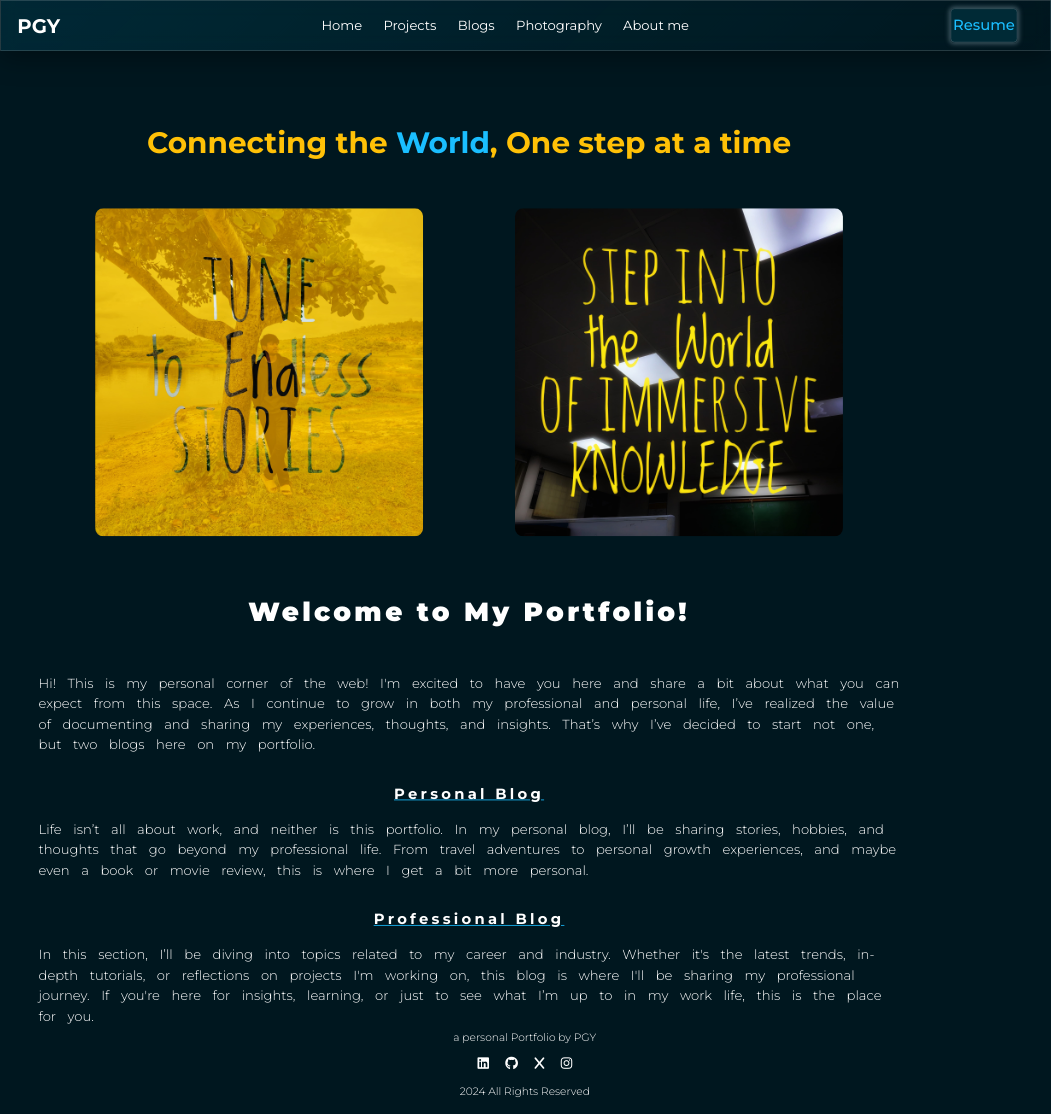
Repository: pgyunknown/pgyunknown
Page: blog.html
The author's editor kept a copy of each file at every save. The page is drawn from the files as they stood at one save, then again after a run of saves.
The browser window is 1280 px wide. The page is 1282 px wide, so the pictures cover 1282 px, including what lies to the right of the window. The pictures show the whole page, at 82% of full size.
Some web libraries are served in a nearby version.

Above is the page before, as saved 2024-08-24 18:56:57.

### blog.html
<!DOCTYPE html>
<html lang="en">
<head>
    <meta charset="UTF-8">
    <meta name="viewport" content="width=device-width, initial-scale=1.0">
    <title>Porfolio-Blog</title>
    <link rel="stylesheet" href="blog.css">
    <link rel="preconnect" href="https://fonts.googleapis.com">
<link rel="preconnect" href="https://fonts.gstatic.com" crossorigin>
<link href="https://fonts.googleapis.com/css2?family=Libre+Baskerville:ital,wght@0,400;0,700;1,400&family=Montserrat:ital,wght@0,100..900;1,100..900&family=Titillium+Web:ital,wght@0,200;0,300;0,400;0,600;0,700;0,900;1,200;1,300;1,400;1,600;1,700&display=swap" rel="stylesheet">
<link rel="stylesheet" href="https://cdnjs.cloudflare.com/ajax/libs/font-awesome/6.6.0/css/all.min.css" integrity="sha512-Kc323vGBEqzTmouAECnVceyQqyqdsSiqLQISBL29aUW4U/M7pSPA/gEUZQqv1cwx4OnYxTxve5UMg5GT6L4JJg==" crossorigin="anonymous" referrerpolicy="no-referrer" />
</head>
<body>
    <header>
        <div class="pgy_con">
                <div class="pgy"><a href="#">PGY</a></div>
        </div>
                <div class="nav_bar">
                <a href="index.html" id="home">Home</a>
                <a href="project.html"id="projects">Projects</a>
                <a href="blog.html"id="blogs">Blogs</a>
                <a href="photography.html"id="photo">Photography</a>
                <a href="aboutme.html"id="About">About me</a>
                </div>
        <div class="resume_con">
                <button>Resume</button>
        </div>
    </header>
        <main>
            <div class="heading"><h1>Connecting the <span>World</span>, One step at a time</h1></div>
        <div class="contianer">
        <div ><img src="imgs/personal.jpg" alt=""></div>
        <div ><img src="imgs/professional.jpg" alt=""></div>
        </div>
        <div class="blog_intro">
        <article >
            <h1>Welcome to My Portfolio!</h1><br><br>
<p>Hi! This is my personal corner of the web! I'm excited to have you here and share a bit about what you can expect from this space. As I continue to grow in both my professional and personal life, I’ve realized the value of documenting and sharing my experiences, thoughts, and insights. That’s why I’ve decided to start not one, but two blogs here on my portfolio.</p><br><br>


<h3><b><a href="personal_blog.html">Personal Blog</a></b></h3>
<p>Life isn’t all about work, and neither is this portfolio. In my personal blog, I’ll be sharing stories, hobbies, and thoughts that go beyond my professional life. From travel adventures to personal growth experiences, and maybe even a book or movie review, this is where I get a bit more personal.</p><br><br>

<h3><b><a href="professional_blog.html">Professional Blog</b></a></h3>
<p>In this section, I’ll be diving into topics related to my career and industry. Whether it's the latest trends, in-depth tutorials, or reflections on projects I'm working on, this blog is where I'll be sharing my professional journey. If you're here for insights, learning, or just to see what I’m up to in my work life, this is the place for you.</p>
        </article>
    </div>
    </main>
        <footer>
            <div class="footer_port">a personal Portfolio by PGY</div>
            <div class="footer_icons">
            <a href="https://www.linkedin.com/in/p-gokul-yadav-82548a295?utm_source=share&utm_campaign=share_via&utm_content=profile&utm_medium=android_app" alt="Gokul's linkedin profile" target="_blank"><i class="fa-brands fa-linkedin"></i></a>
            <a href="https://github.com/pgyunknown" alt="Gokul Github profile" target="_blank"><i class="fa-brands fa-github"></i></a>
            <a href=" https://x.com/cody_hunk?t=EkARfGCWhhBT_BHbby4DGw&s=08 " target="_blank"><i class="fa-brands fa-x" ></i></a>
            <a href="#"><i class="fa-brands fa-instagram" target="_blank"></i></a>
        </div>
        <div class="copyrights">2024 All Rights Reserved</div>
    </footer>

</body>
</html>

### blog.css
*{margin: 0px;
    padding: 0px;
}
body{
    background-color: #00171F;
    color: white;
    box-sizing: border-box;
}
a{
    text-decoration: none;
    color: inherit;
}

header{
    display: flex;
    justify-content: space-between;
    align-items: center;
    padding-bottom: 10px;
    padding-top: 10px;
    /* Glassy effect */
    background: linear-gradient(135deg, rgba(0, 200, 255, 0.1), rgba(255, 255, 255, 0));
    backdrop-filter: blur(10px);
    -webkit-backdrop-filter: blur(10px);
    border:1px solid rgba(255, 255, 255, 0.18);
    box-shadow: 0 8px 32px 0 rgba(0, 0, 0, 0.37);

    overflow: hidden;
    position: sticky; /* Set the navbar to fixed position */
    top: 0; /* Position the navbar at the top of the page */
    width: 100%;
    height: 40px;
}

.pgy_con
{
    margin-left: 20px;
    font-family: "Montserrat", sans-serif;
    font-optical-sizing: auto;
    font-size: x-large;
    font-weight: 700;
    font-style: normal;
    align-items: end;

}

.pgy_con .pgy a{
    text-decoration: none;
}


.nav_bar {
        /* height: 50px; */
    width: 500px;
    display: flex;
    justify-content: space-evenly;
    transition-property: all;
    transition-timing-function: ease-in-out;
    transition-delay: 1s;


}

.nav_bar a{
    box-sizing: border-box;
    font-family: "Montserrat", sans-serif;
    font-optical-sizing: auto;
    font-weight: 400;
    font-style: normal
    text-decoration: none;
    justify-content: space-around;
    align-items: center;
    padding-top:10px;
    padding-bottom :10px;
}

.nav_bar a:hover{
    color: #FFC107;
    text-shadow: #FFC107 0px 0px  1px;
    border-bottom: 0.5px solid #FFC107;


}


.resume_con {
    display: flex;
    justify-content: center;
    margin-right: 20px;
    background-color: #00171F;
    margin-right: 40px;
}
.resume_con button{
    background-color:rgba(0, 200, 255, 0.1);
    box-sizing: content-box;
    height: 2.5rem;
    width: 5rem;
    font-family: "Montserrat", sans-serif;
    font-optical-sizing: auto;
    font-size: large;
    font-weight: 500;
    font-style: normal;
    color: #1ABEFF;
    border: 0.0001px solid #3c555f;
    border-radius: 0.3rem;
    box-shadow: 0px 0px 5px 2px #3c555f;

}

main{
    width: 80%;
    display: flex;
    flex-direction: column;
    justify-content:space-around;
    align-items: center;
    padding: 10px;
    margin: 50px;
}
.heading{
    display: flex;
    margin: 30px;
    padding-bottom: 20px;
    font-family: "Montserrat", sans-serif;
    font-optical-sizing: auto;
    font-size: large;
    font-weight: 500;
    font-style: normal;
    color: #FFC107;
}

main .heading span{
    color: #1ABEFF;
}
.contianer{
    height: 400px;
    width:100%;
    padding: 10px;

    display: flex;
    justify-content: space-around;
    align-items: center;
    flex-direction: row;

}
.contianer img{
    height: 400px;
    width: 400px;
    border-radius:10px;
    /* border: 1px solid #2792bd; */
    /* box-shadow: 0px 0px 35px 1px #2792bd; */


}
main article{
    padding-top:20px;
}

.blog_intro{
    padding: 40px;
    width: 1050px;
    height: 450px;
}

.blog_intro h1{
    letter-spacing: 4px;
    text-align: center;
    font-family: "Montserrat", sans-serif;
    font-optical-sizing: auto;
    font-size: xx-large;
    font-weight: 900;
    font-style: normal;
}
.blog_intro h3{
    text-align: center;
    font-family: "Montserrat", sans-serif;
    font-optical-sizing: auto;
    font-size: large;
    font-weight: 500;
    font-style: normal;
    letter-spacing: 4px;
    text-decoration: underline;
    text-decoration-color: #1ABEFF;
}
.blog_intro p{
    padding-top: 20px;
    font-family: "Montserrat", sans-serif;
    font-optical-sizing: auto;
    font-optical-sizing: ;
    font-size: medium;
    font-weight: 300;
    font-style: normal;

    word-spacing: 10px;
    line-height: 25px;
}



footer{
    display: flex;
    flex-direction:column;
    justify-content: space-evenly;
    align-items: center;
    margin-bottom: 20px;
    font-family: "Montserrat", sans-serif;
    font-optical-sizing: auto;
    font-size: small;
    font-weight: 300;
    font-style: normal;
}

.footer_icons{
    display: flex;
    justify-content: center;
    align-items: center;
    width: 50px;
    height: 50px;
}



.copyrights{
    display: flex;
    justify-content: center;
    align-items: center;
}

.footer_icons a{
font-size: medium;
padding: 10px;
width: 50px;
height: 50px;
display: flex;
justify-content: center;
align-items: center;
}

After the next 2 saves:
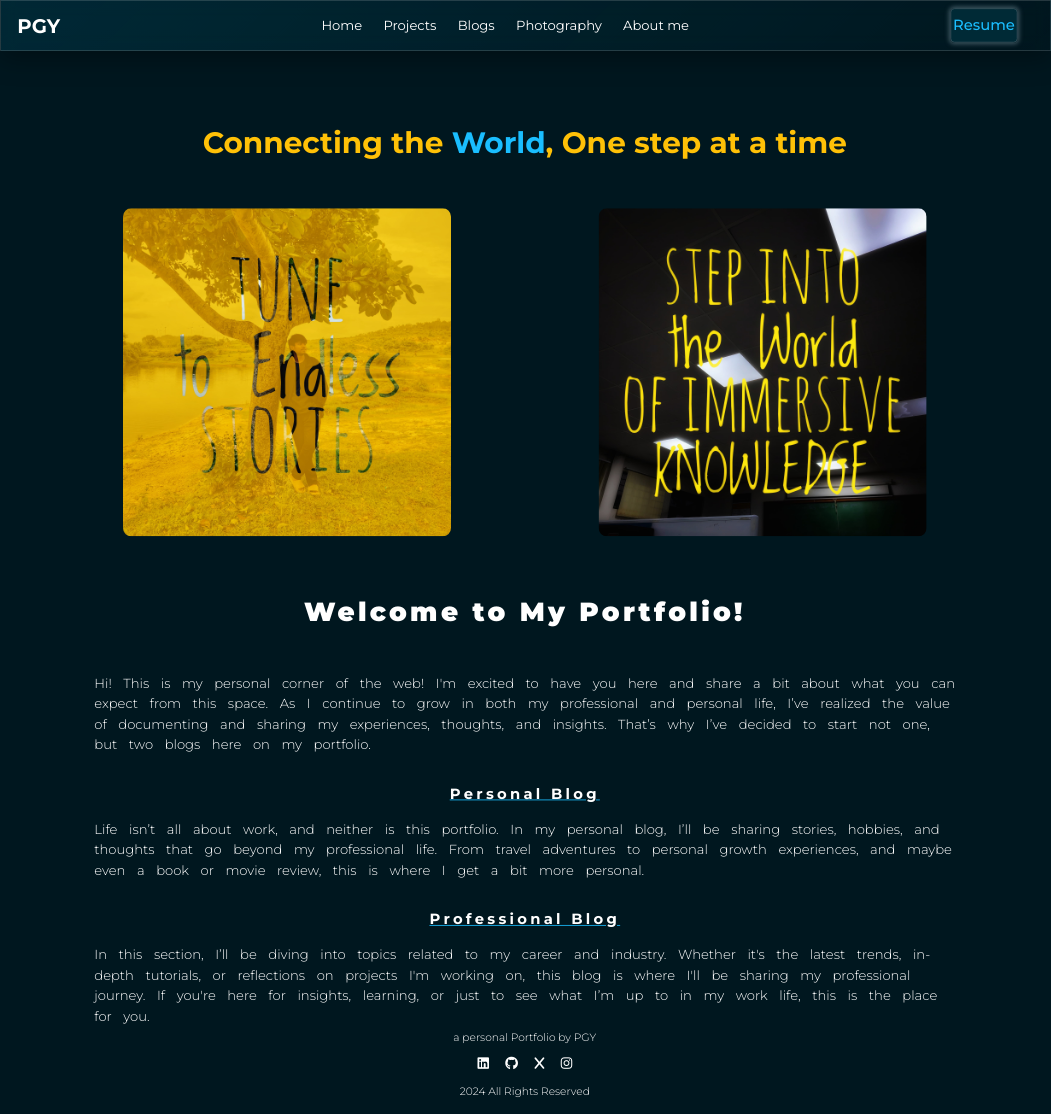
The 2 saves are shown as one change because they came seconds apart.
The last was saved 72 s later.
--- a/blog.css
+++ b/blog.css
@@ -107,8 +107,7 @@ header{
 }
 
 main{
-    width: 80%;
-    display: flex;
+     display: flex;
     flex-direction: column;
     justify-content:space-around;
     align-items: center;
